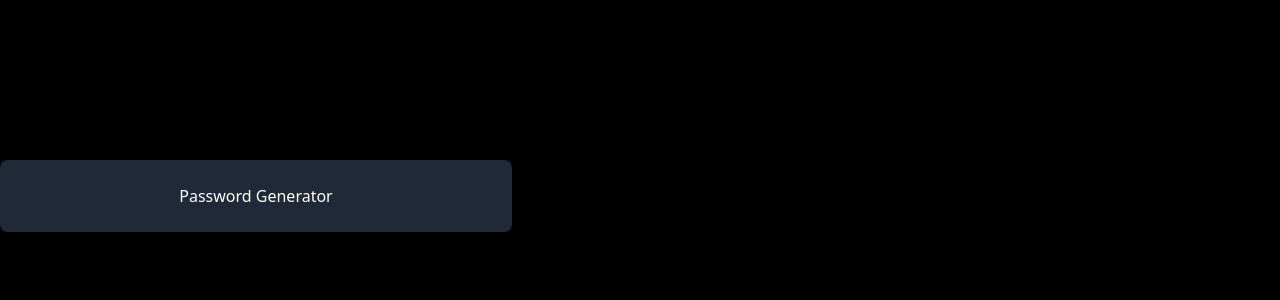
Repository: Abdul-Moeid-Rao/React-Projects
Page: / (app in 05passwordGenrator/)
The author's editor kept a copy of each file at every save. The page is drawn from the files as they stood at one save, then again after the next save.
The browser window is 1280 px wide. The pictures show the whole page.
The project was rebuilt for these pictures with package versions that can differ from the ones it lists, and the page was loaded fresh each time. Also part of the build but not shown: 05passwordGenrator/vite.config.js.

Above is the page before, as saved 2024-07-14 21:21:59.

After the next save:
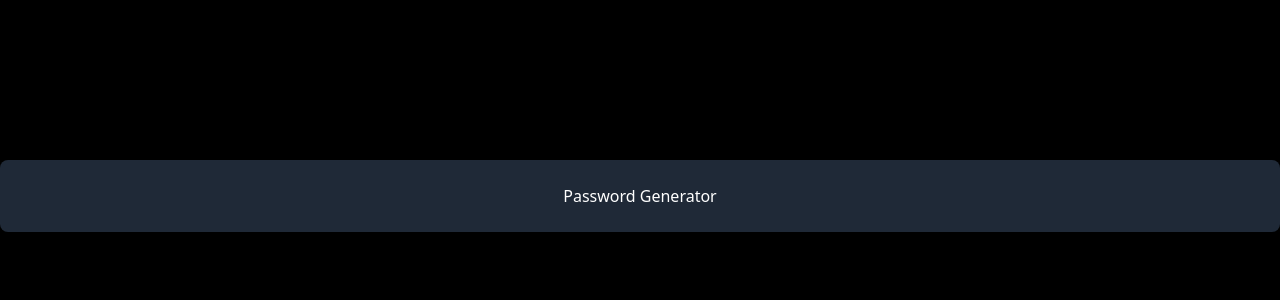
Saved 12 s later.
--- a/05passwordGenrator/src/App.jsx
+++ b/05passwordGenrator/src/App.jsx
@@ -26,7 +26,7 @@ function App() {
   }, [length, number, char, passGenerator])
 
   return (
-    <div className='w-full max-w-lg  shadow-md rounded-lg px-4 py-3 my-40 mx-100 bg-gray-800 text-orange-500 justify-center'>
+    <div className='w-full  shadow-md rounded-lg px-4 py-3 my-40 mx-100 bg-gray-800 text-orange-500 justify-center'>
       <h1 className='text-white text-center my-3'>Password Generator</h1>
     </div>
   )
